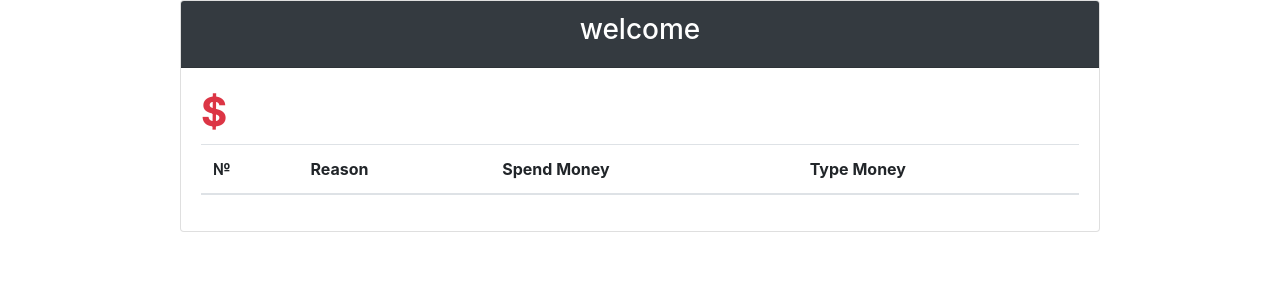
Repository: surefaceJS/allMyWorkInaliLinux
Page: hardcha/index.html
An editor plug-in stored every save of this project. The page is shown before and after the next save, followed by the edit.
The browser window is 1280 px wide. The pictures show the whole page.

Above is the page before, as saved 2021-04-19 11:37:48.

After the next save:
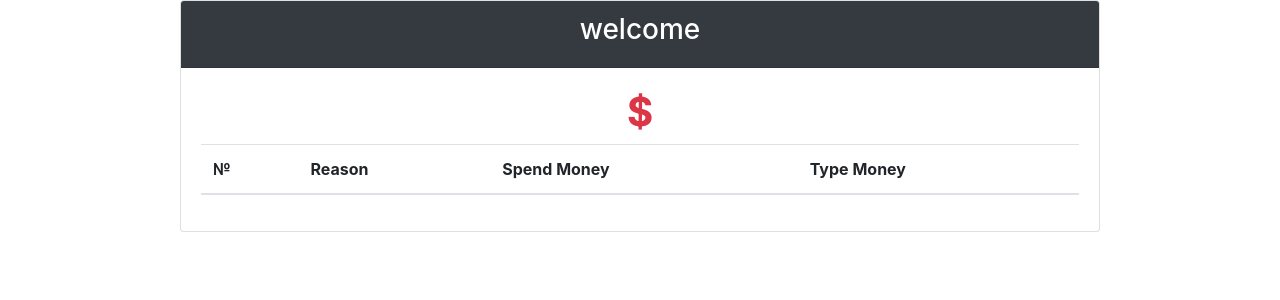
Saved 5 s later.
--- a/hardcha/index.html
+++ b/hardcha/index.html
@@ -24,7 +24,7 @@
                         <h3>welcome <span id="pushName"></span> </h3>
                     </div>
                     <div class="card-body">
-                        <h1 class="text-danger tectcent text-uppercase font-intel-bold" id="pushMonay"><span>$</span></h1>
+                        <h1 class="text-danger text-center text-uppercase font-intel-bold" id="pushMonay"><span>$</span></h1>
 
                         <table class="table table-hover table-striped">
                             <thead>
